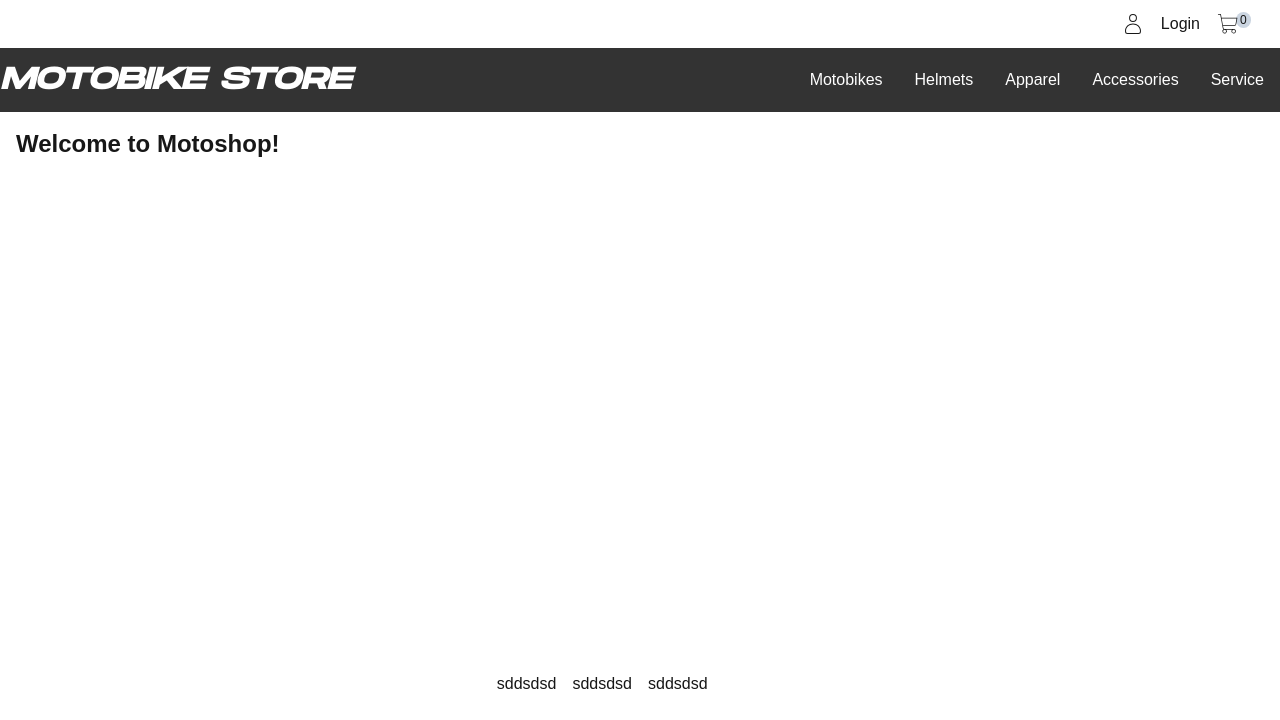
Repository: Than-sothearak/next-motoshop
Page: /
The author's editor kept a copy of each file at every save. The page is drawn from the files as they stood at one save, then again after the next save.
The browser window is 1280 px wide. The pictures show the whole page.
The project was rebuilt for these pictures with package versions that can differ from the ones it lists, and the page was loaded fresh each time. The framework's server and built-in components were replaced by stand-ins that run in the browser. Also part of the build but not shown: next.config.mjs.

Above is the page before, as saved 2024-10-10 21:34:25.

### app/layout.js
import localFont from "next/font/local";
import "./globals.css";
import Navbar from "./components/Navbar";

export const metadata = {
  title: "Create Next App",
  description: "Generated by create next app",
};

export default function RootLayout({ children }) {
  return (
    <html lang="en">
      <body

      >
        <Navbar />
        {children}
      </body>
    </html>
  );
}

### app/page.js
export default function Home() {
  return (
    <div className="p-4">
    <h1 className="text-2xl font-bold">Welcome to Motoshop!</h1>
    {/* Product listing here */}
  </div>
  );
}

### app/components/Navbar.js
"use client";
import { PiShoppingCartThin } from "react-icons/pi";
import { CiUser } from "react-icons/ci";
import { usePathname } from "next/navigation";
const links = [
  { title: "Motobikes", link: "/motobike" },
  {
    title: "Helmets",
    link: "/helmets",
    subLink: [{ title: "Fullface", link: "/helmets/fullface" }],
  },
  { title: "Apparel", link: "/apparel" },
  { title: "Accessories", link: "/accessories" },
  { title: "Service", link: "/service" },
];
export default function Navbar() {
  const partName = usePathname();
  console.log(partName);
  return (
    <>
      <div className="flex gap-4 h-12 justify-end px-10 items-center">
        <CiUser size={24} className="cursor-pointer" />
        Login
        <div>
          <div className="relative">
            <p className="absolute bg-slate-300 text-xs rounded-full px-1 left-5">
              0
            </p>
          </div>
          <PiShoppingCartThin size={24} className="relative cursor-pointer" />
        </div>
      </div>
      <nav className="mx-auto text-black bg-black/80 flex justify-between relative">
        <div className="container mx-auto flex justify-between items-center">
          <div className="h-16 flex justify-center items-center">
            <a
              href="/"
              className="italic font-bold text-3xl font-monument text-white uppercase"
            >
              Motobike store
            </a>
          </div>

          <div className="flex text-white">
            {links.map((link) => (
              <div
                key={link.title}
                className={`${
                  partName === link.link ? "bg-black underline" : ""
                } flex gap-4 h-16 px-4 justify-center items-center`}
              >
                <a href={link.link} className="cursor-pointer hover:underline">
                  <h3>{link.title} </h3>
                </a>
              </div>
            ))}
          </div>
        </div>
      </nav>

      <div className="container mx-auto shadow-sm p-4 h-16 justify-center flex absolute z-20 bottom-0">
        <div>
          <ul className="grid grid-cols-4 gap-4">
            <a>sddsdsd</a>
            <a>sddsdsd</a>
            <a>sddsdsd</a>
          </ul>
        </div>
      </div>
    </>
  );
}

Loaded but not shown: app/globals.css (common file); tailwind.config.js (common file)

After the next save:
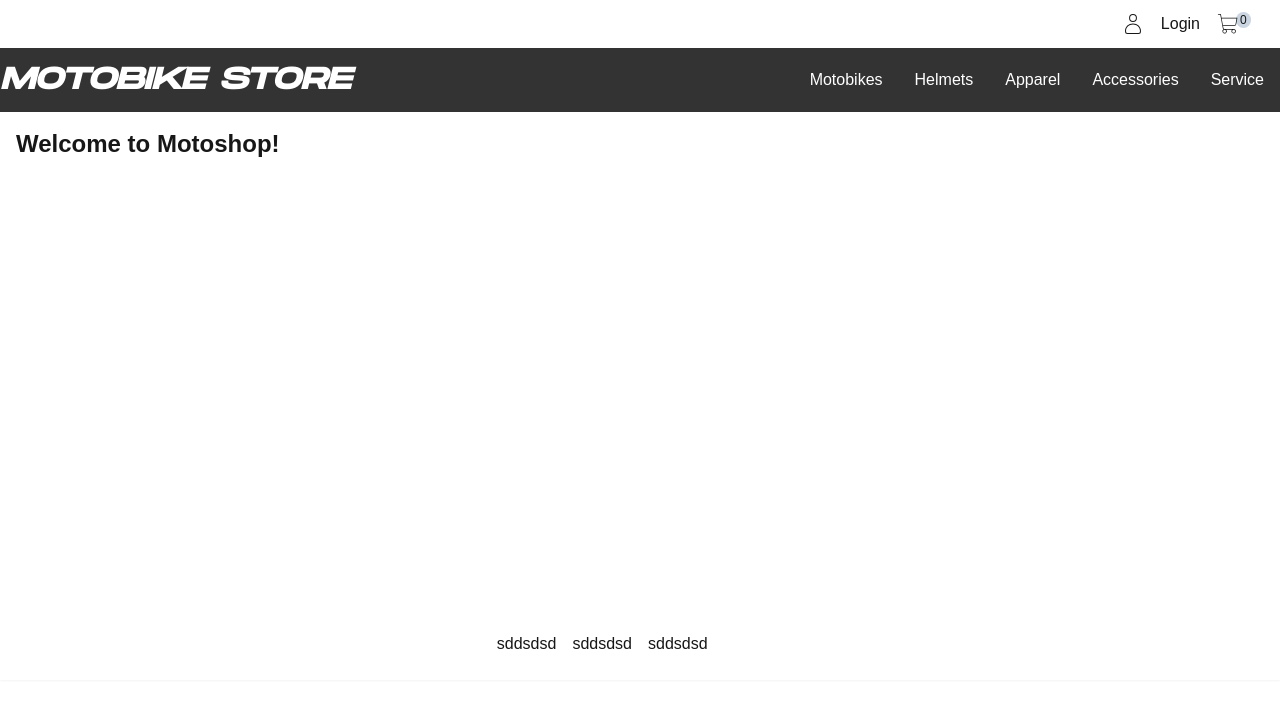
Saved 9 s later.
--- a/app/components/Navbar.js
+++ b/app/components/Navbar.js
@@ -58,7 +58,7 @@ export default function Navbar() {
         </div>
       </nav>
 
-      <div className="container mx-auto shadow-sm p-4 h-16 justify-center flex absolute z-20 bottom-0">
+      <div className="container mx-auto shadow-sm p-4 h-16 justify-center flex absolute z-20 bottom-10">
         <div>
           <ul className="grid grid-cols-4 gap-4">
             <a>sddsdsd</a>
